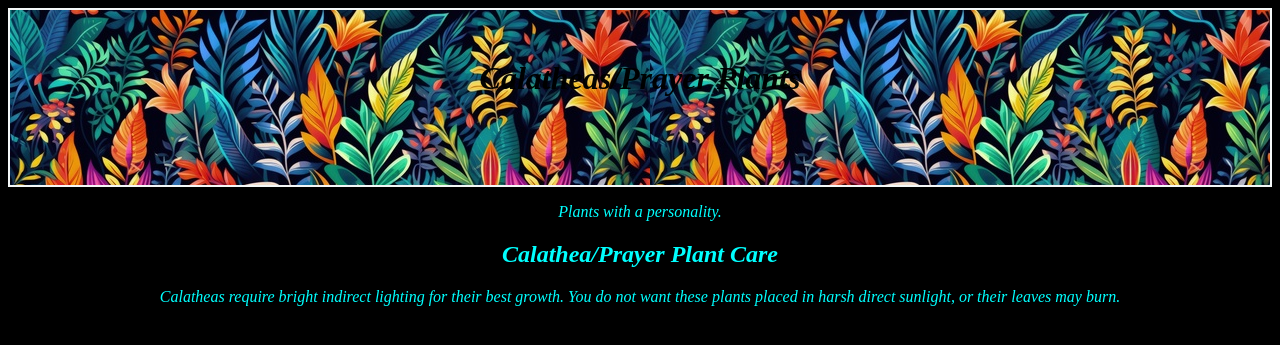
Repository: swillis91/odin-recipies
Page: Planty Page/calatheas.html
The author's editor kept a copy of each file at every save. The page is drawn from the files as they stood at one save, then again after the next save.
The browser window is 1280 px wide. The pictures show the whole page.

Above is the page before, as saved 2023-08-09 23:54:07.

### Planty Page/calatheas.html
<!DOCTYPE html>
    <html>
        <head>
            <title>Calatheas</title>
            <link href="style.css" rel="stylesheet"
        </head>
        <body>
            <h1 class="heading">Calatheas/Prayer Plants</h1>
              <p>Plants with a personality.</p>
            <h2>Calathea/Prayer Plant Care</h2>
              <p>Calatheas require bright indirect lighting for their best growth. You do not want these plants placed in harsh direct sunlight, or their leaves may burn.</p>
        </body>
    </html>

### Planty Page/style.css
body{
    background-color: black;
    color:aqua;
    text-align: center;
    font-family:cursive;
    font-style: oblique;
}

.heading{
    color: rgba(0, 0, 0, 0.974);
    border: 2px solid rgb(244, 247, 247);
    background-image: url('Images/banner.jpg');
    height: 75px;
    margin: 0 auto;
    padding:50px 20px;

}

After the next save:
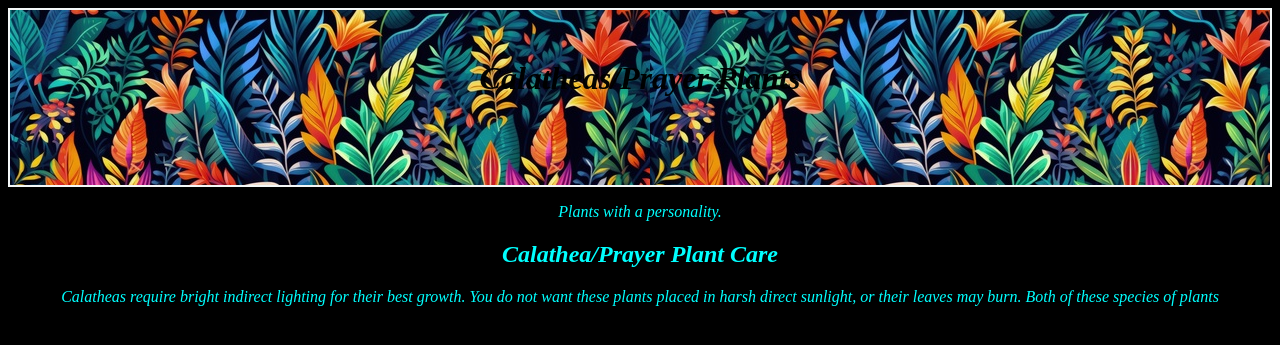
Saved 13 s later.
--- a/Planty Page/calatheas.html
+++ b/Planty Page/calatheas.html
@@ -8,6 +8,6 @@
             <h1 class="heading">Calatheas/Prayer Plants</h1>
               <p>Plants with a personality.</p>
             <h2>Calathea/Prayer Plant Care</h2>
-              <p>Calatheas require bright indirect lighting for their best growth. You do not want these plants placed in harsh direct sunlight, or their leaves may burn.</p>
+              <p>Calatheas require bright indirect lighting for their best growth. You do not want these plants placed in harsh direct sunlight, or their leaves may burn. Both of these species of plants</p>
         </body>
     </html>
